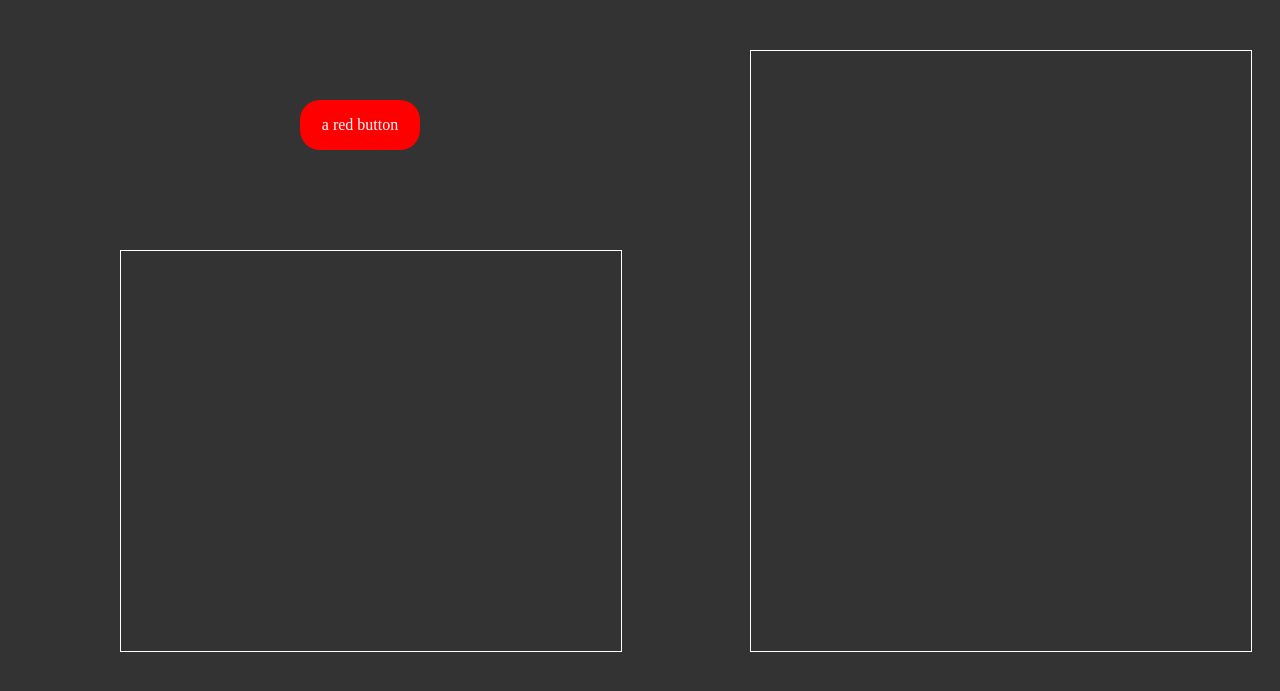
Repository: ScarApocalypse/study
Page: 一些想法/test.html
The author's editor kept a copy of each file at every save. The page is drawn from the files as they stood at one save, then again after the next save.
The browser window is 1280 px wide. The pictures show the whole page.

Above is the page before, as saved 2019-08-02 18:35:35.

After the next save:
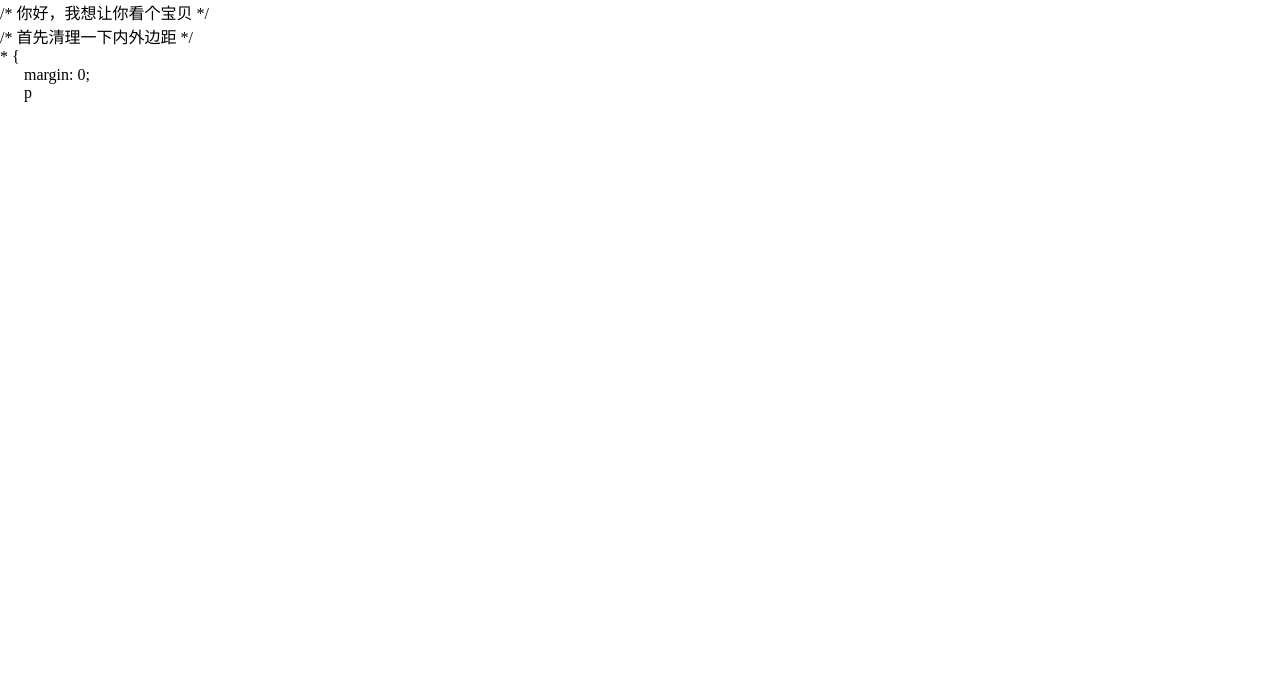
Saved 4 min 53 s later.
--- a/一些想法/test.html
+++ b/一些想法/test.html
@@ -140,50 +140,49 @@
             </script>
             <!-- <script src="https://cdn.bootcss.com/jquery-resize/1.1/jquery.ba-resize.min.js"></script> -->
             <script>
+                var wrap = document.getElementById('wrap');
+                var show = document.getElementById('show');
+                var style = document.getElementsByTagName('style')[1];
+                var cssText = style.innerHTML;
+                console.log(cssText);
+                console.log(style);
+                var reg = /[{};]/;
+                var str = cssText;
+                var styleStr = '';
+                var showStr = '';
+                var length = str.length;
+                var strIndex = 0;
+                var pat = /(body&|\*\b)/;
+                for (var i = 0; i < str.length; i++) {
+                    console.log(i + ':' + str[i]);
+                }
+                var timeOut = setInterval(() => {
+                    if (strIndex == length - 1) {
+                        clearInterval(timeOut);
+                    }
+                    styleStr += [str[strIndex]];
+                    showStr += [str[strIndex]];
+                    if (reg.test(str[strIndex])) {
+                        showStr += '<br>';
+                        if ((str[strIndex + 10] != '}') && (str[strIndex + 10] != '.') && (str[strIndex + 11] !=
+                                '/') &&
+                            (str[strIndex + 11] != '.')) {
+                            showStr += '&nbsp;&nbsp;&nbsp;&nbsp;&nbsp;'
+                        }
+                    }
+                    if (str[strIndex] == '/' && str[strIndex - 1] == '*') {
+                        showStr += '<br>';
+                    }
+                    show.innerHTML = showStr;
+                    style.innerHTML = styleStr;
+                    strIndex++;
+                }, 50);
 
-                // var wrap = document.getElementById('wrap');
-                // var show = document.getElementById('show');
-                // var style = document.getElementsByTagName('style')[1];
-                // var cssText = style.innerHTML;
-                // console.log(cssText);
-                // console.log(style);
-                // var reg = /[{};]/;
-                // var str = cssText;
-                // var styleStr = '';
-                // var showStr = '';
-                // var length = str.length;
-                // var strIndex = 0;
-                // var pat = /(body&|\*\b)/;
-                // for (var i = 0; i < str.length; i++) {
-                //     console.log(i + ':' + str[i]);
-                // }
-                // var timeOut = setInterval(() => {
-                //     if (strIndex == length - 1) {
-                //         clearInterval(timeOut);
-                //     }
-                //     styleStr += [str[strIndex]];
-                //     showStr += [str[strIndex]];
-                //     if (reg.test(str[strIndex])) {
-                //         showStr += '<br>';
-                //         if ((str[strIndex + 10] != '}') && (str[strIndex + 10] != '.') && (str[strIndex + 11] !=
-                //                 '/') &&
-                //             (str[strIndex + 11] != '.')) {
-                //             showStr += '&nbsp;&nbsp;&nbsp;&nbsp;&nbsp;'
-                //         }
-                //     }
-                //     if (str[strIndex] == '/' && str[strIndex - 1] == '*') {
-                //         showStr += '<br>';
-                //     }
-                //     show.innerHTML = showStr;
-                //     style.innerHTML = styleStr;
-                //     strIndex++;
-                // }, 50);
+                function btnBind() {
+                    setInterval(function () {}
 
-                // function btnBind() {
-                //     setInterval(function () {}
-
-                //         , 50)
-                // }
+                        , 50)
+                }
             </script>
 </body>
 

After the save that followed:
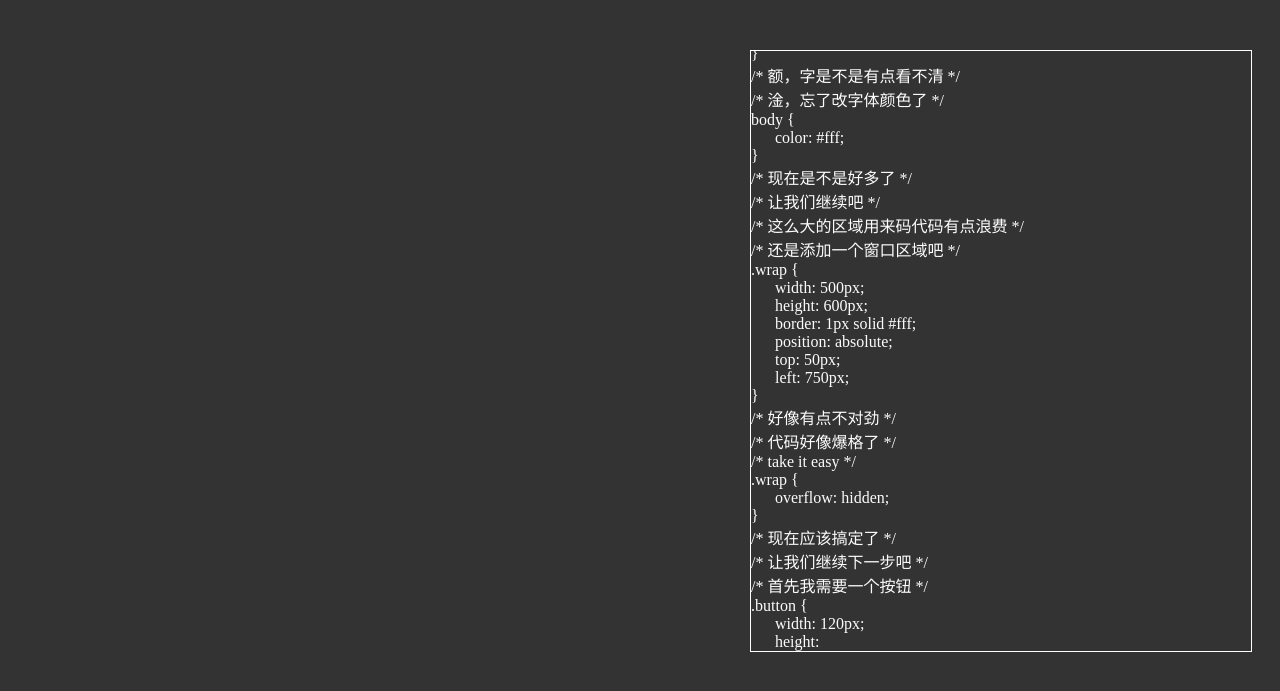
Saved 5 s later.
--- a/一些想法/test.html
+++ b/一些想法/test.html
@@ -176,7 +176,7 @@
                     show.innerHTML = showStr;
                     style.innerHTML = styleStr;
                     strIndex++;
-                }, 50);
+                }, 5);
 
                 function btnBind() {
                     setInterval(function () {}
